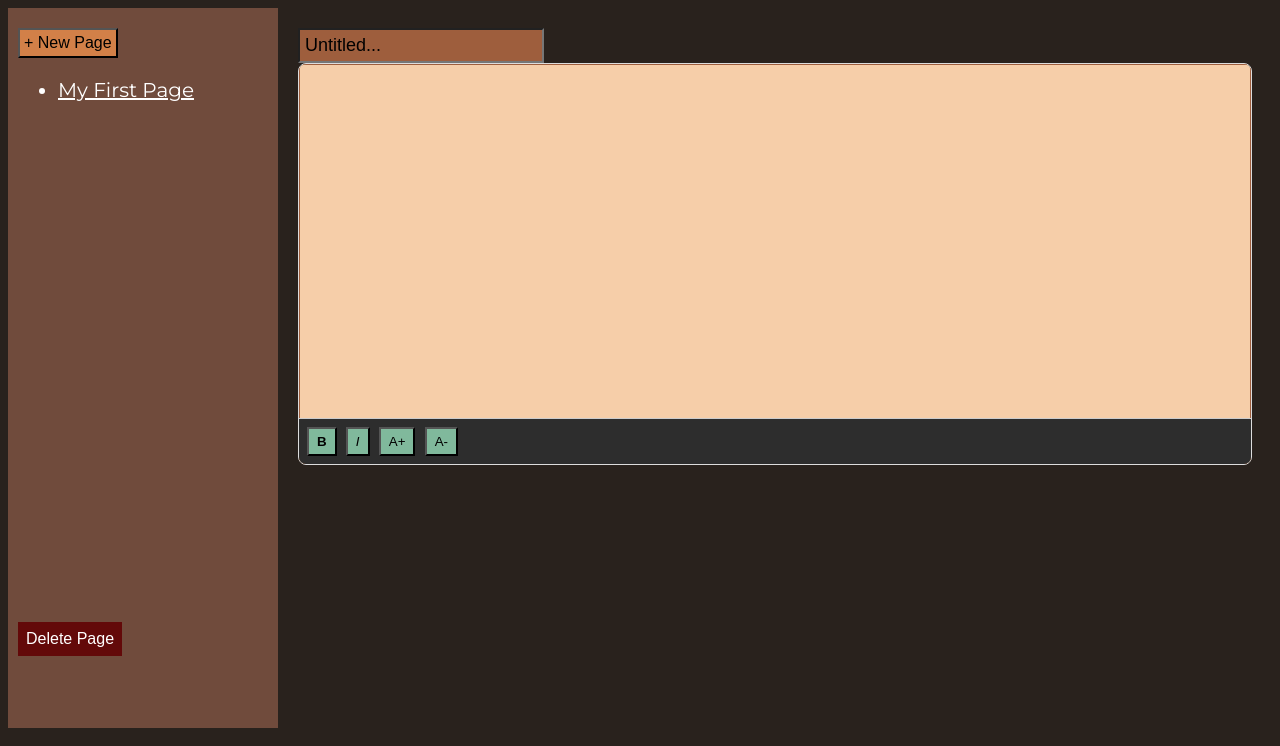
Repository: Dharshinimk-521/notes-app
Page: index.html
The author's editor kept a copy of each file at every save. The page is drawn from the files as they stood at one save, then again after the next save.
The browser window is 1280 px wide. The pictures show the whole page.

Above is the page before, as saved 2026-04-18 22:59:50.

After the next save:
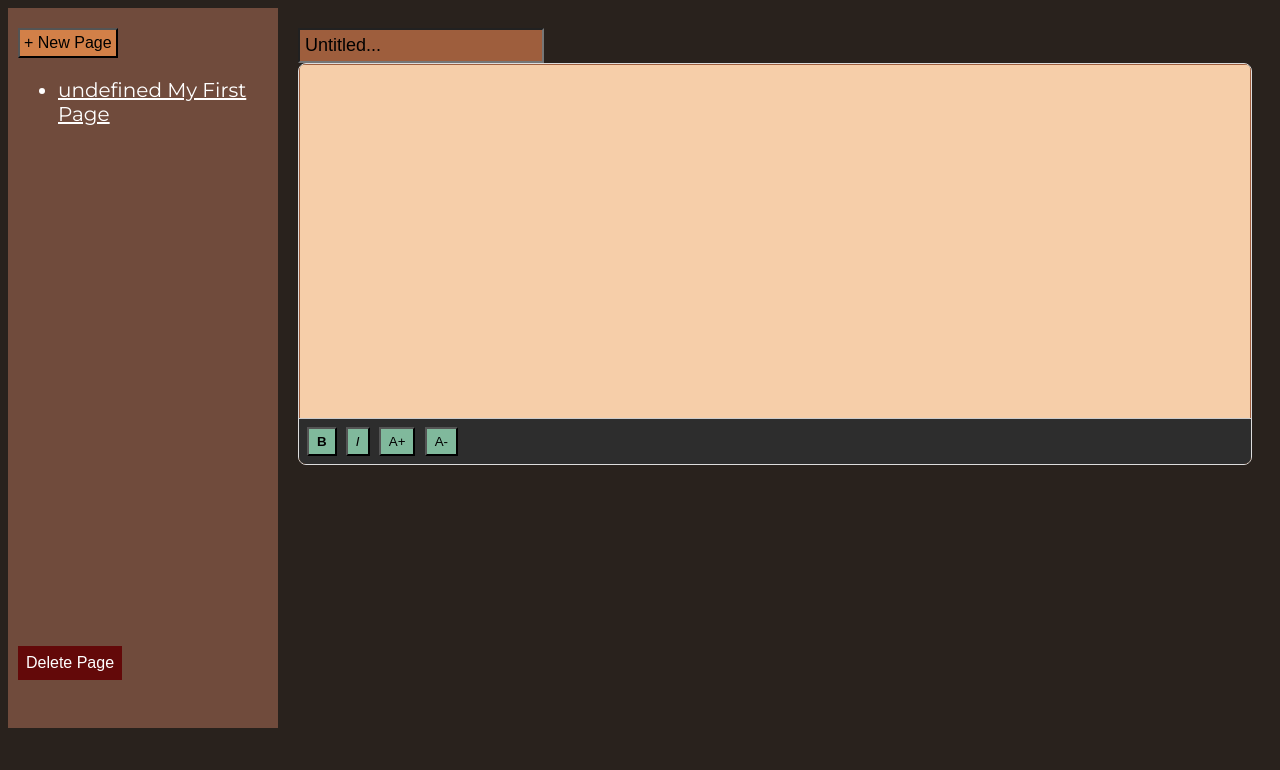
Saved 7 min 35 s later.
--- a/app.js
+++ b/app.js
@@ -35,12 +35,9 @@ function renderPages() {
 
   pages.forEach((page) => {
     const li = document.createElement("li");
-    li.textContent = page.title;
 
-    if (page.id === currentPageId) {
-      li.style.background = "#ddd";
-
-    }
+    // icon + title
+    li.innerHTML = `${page.icon} ${page.title}`;
 
     li.onclick = () => openPage(page.id);
 
